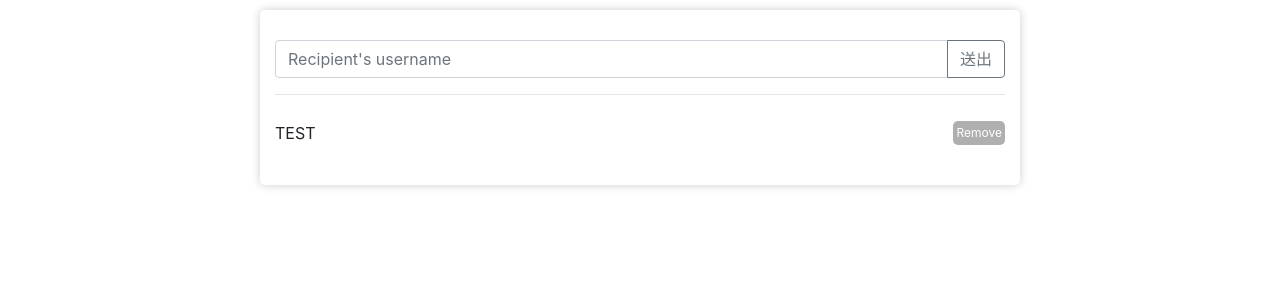
Repository: iian0910/vue3_todoList
Page: /
These files come from the project's save history. The page is drawn as it stood at one moment and after the next save; the edit follows.
The browser window is 1280 px wide. The pictures show the whole page.
The project was rebuilt for these pictures with package versions that can differ from the ones it lists, and the page was loaded fresh each time.

Above is the page before, as saved 2021-02-23 16:14:02.

### src/App.vue
<template>
  <TodoList/>
</template>

<script lang="ts">
import { defineComponent } from 'vue'
import TodoList from './components/TodoList.vue'

export default defineComponent({
  name: 'App',
  components: {
    TodoList
  }
})
</script>

<style lang="scss">
@import './assets/scss/all';
</style>

### src/assets/scss/all.scss
@import '~bootstrap/scss/bootstrap.scss';
@import './helpers/variables';

### src/components/TodoList.vue
<template>
  <div class="container">
    <div class="row">
      <div class="col-8 offset-2 content">
        <!-- input 輸入框 -->
        <div class="input-group mb-3">
          <input
            type="text"
            class="form-control"
            placeholder="Recipient's username"
            v-model="newTodo">
          <div class="input-group-append">
            <button
              class="btn btn-outline-secondary"
              type="button"
              @click="addTodo">送出</button>
          </div>
        </div>
        <!---->
        <hr>
        <!-- List 展示 -->
        <ul class="list">
          <li class="list-item d-flex justify-content-between align-items-center" v-for="(todo, index) in todoList" :key="index">
            <label class="list-item-title m-0 p-0">{{todo.title}}</label>
            <div class="remove-list">Remove</div>
          </li>
        </ul>
        <!---->
      </div>
    </div>
  </div>
</template>
<script lang="ts">
import { defineComponent, reactive, ref } from 'vue'

interface Todo {
  // eslint-disable-next-line @typescript-eslint/member-delimiter-style
  id: string
  // eslint-disable-next-line @typescript-eslint/member-delimiter-style
  title: string
}

export default defineComponent({
  name: 'TodoList',
  setup () {
    // ref:
    // 可以接受「任何型態」的資料
    // 但是不會對「物件」或「陣列」內部的屬性變動做監聽

    // reactive
    // 「只接受」物件或陣列，可以做深層的監聽
    // 以及取得資料不需要 「.value」
    const newTodo = ref('')
    const todoList = reactive([{
      id: '001',
      title: 'TEST'
    }])

    // methods
    function addTodo () {
      if (newTodo.value) {
        todoList.push({
          id: Math.floor(Date.now()).toString(),
          title: newTodo.value
        })
        newTodo.value = ''
      }
    }

    // return
    return {
      todoList,
      newTodo,
      addTodo
    }
  }
})
</script>

<style lang="scss">
.content{
  padding: 30px;
  margin: 10px auto;
  border-radius: 5px;
  box-shadow: 0px 0px 10px 0px rgba(0, 0, 0, 0.2);
}
.list{
  padding: 0;
  margin: 0;
  list-style: none;
}
.list-item{
  padding: 10px 0;
  margin-bottom: 0;
}
.remove-list{
  padding: 3px;
  border-radius: 5px;
  background-color: rgb(175, 175, 175);
  font-size: 12px;
  color: white;
  cursor: pointer;
}
</style>

Loaded but not shown: public/index.html (common file); src/main.ts (common file); src/assets/scss/helpers/_variables.scss (1146 lines, source omitted)

After the next save:
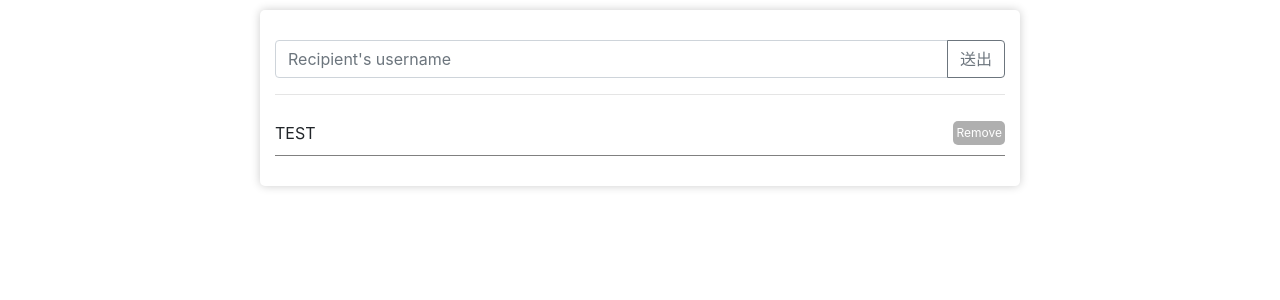
Saved 15 s later.
--- a/src/components/TodoList.vue
+++ b/src/components/TodoList.vue
@@ -92,6 +92,7 @@ export default defineComponent({
 .list-item{
   padding: 10px 0;
   margin-bottom: 0;
+  border-bottom: 1px solid gray;
 }
 .remove-list{
   padding: 3px;
